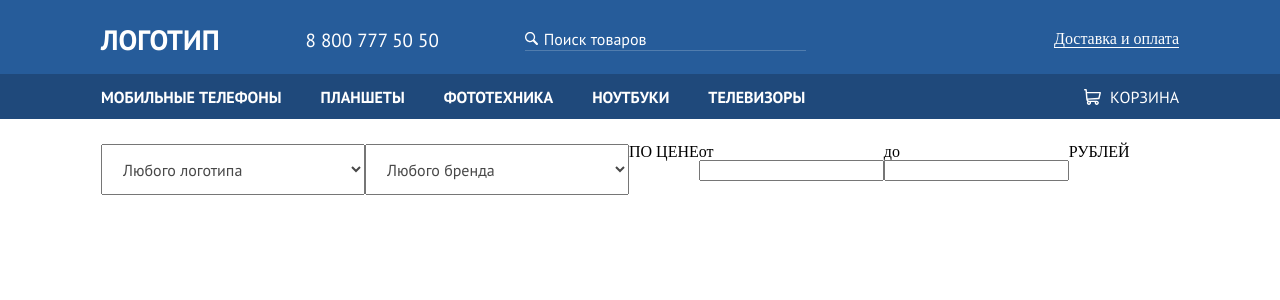
Repository: sem1103/WEBCompany
Page: index.html
The author's editor kept a copy of each file at every save. The page is drawn from the files as they stood at one save, then again after the next save.
The browser window is 1280 px wide. The pictures show the whole page.

Above is the page before, as saved 2024-01-11 19:34:12.

### index.html
<!DOCTYPE html>
<html lang="en">

<head>
    <meta charset="UTF-8">
    <meta name="viewport" content="width=device-width, initial-scale=1.0">
    <title>Интернет магазин</title>

    <link rel="preconnect" href="https://fonts.googleapis.com">
    <link rel="preconnect" href="https://fonts.gstatic.com" crossorigin>
    <link href="https://fonts.googleapis.com/css2?family=PT+Sans:wght@400;700&display=swap" rel="stylesheet">

    <link rel="stylesheet" href="styles/reset.css">
    <link rel="stylesheet" href="styles/main.css">
</head>

<body>
    <div id="page">
        <header>
            <div class="container">
                <div class="header__logo">
                    <span>ЛОГОТИП</span>
                </div>
                <p class="phone__number"><a href="tel:+78007775050">8 800 777 50 50</a></p>
                <div class="search__items">
                    <button>
                        <svg xmlns="http://www.w3.org/2000/svg" width="13" height="13" viewBox="0 0 13 13" fill="none">
                            <path
                                d="M8.68135 1.48741C6.69814 -0.495804 3.4703 -0.495804 1.48709 1.48741C-0.495696 3.47106 -0.495696 6.69846 1.48709 8.6821C3.2532 10.4478 6.00382 10.6369 7.98574 9.25819C8.02744 9.45553 8.12289 9.64383 8.27637 9.79731L11.1646 12.6855C11.5855 13.1055 12.2656 13.1055 12.6843 12.6855C13.1048 12.265 13.1048 11.5849 12.6843 11.1657L9.79613 8.27669C9.64351 8.1245 9.45477 8.02863 9.25744 7.98692C10.6371 6.00457 10.4479 3.25438 8.68135 1.48741ZM7.76949 7.77024C6.28885 9.25089 3.87916 9.25089 2.39895 7.77024C0.919166 6.2896 0.919166 3.88034 2.39895 2.3997C3.87916 0.919489 6.28885 0.919489 7.76949 2.3997C9.25013 3.88034 9.25013 6.2896 7.76949 7.77024Z"
                                fill="white" />
                        </svg>
                    </button>
                        <input type="text" name="itemName" placeholder="Поиск товаров">

                </div>
                <p class="delivery"><a href="">Доставка и оплата</a></p>
                <a href="" class="mobile__cart">
                    <svg xmlns="http://www.w3.org/2000/svg" width="21" height="20" viewBox="0 0 21 20" fill="none">
                        <path d="M20.1372 3.64139H3.71775L3.47368 0.816059C3.43376 0.354025 3.0611 0 2.61469 0H0.862433C0.386124 0 0 0.401223 0 0.896159C0 1.39109 0.386124 1.79232 0.862433 1.79232H1.82622C2.35292 7.8897 0.991675 -7.86977 2.81815 13.2755C2.88854 14.1031 3.31889 15.0012 4.06025 15.6114C2.72361 17.3851 3.94489 20 6.11917 20C7.92379 20 9.19662 18.1298 8.57776 16.3584H13.298C12.6799 18.1275 13.95 20 15.7566 20C17.1983 20 18.3713 18.7812 18.3713 17.2831C18.3713 15.7849 17.1983 14.5661 15.7566 14.5661H6.125C5.46988 14.5661 4.89899 14.1554 4.65258 13.557L18.4354 12.7153C18.8117 12.6924 19.13 12.4181 19.2215 12.0381L20.9739 4.75489C21.1097 4.19014 20.6983 3.64139 20.1372 3.64139ZM6.11917 18.2077C5.62857 18.2077 5.22939 17.7929 5.22939 17.2831C5.22939 16.7732 5.62857 16.3584 6.11917 16.3584C6.60981 16.3584 7.009 16.7732 7.009 17.2831C7.009 17.7929 6.60981 18.2077 6.11917 18.2077ZM15.7565 18.2077C15.2659 18.2077 14.8667 17.7929 14.8667 17.2831C14.8667 16.7732 15.2659 16.3584 15.7565 16.3584C16.2472 16.3584 16.6464 16.7732 16.6464 17.2831C16.6464 17.7929 16.2472 18.2077 15.7565 18.2077ZM17.7018 10.9648L4.42042 11.7758L3.87257 5.43367H19.0326L17.7018 10.9648Z" fill="white"/>
                      </svg>
                </a>
            </div>

            <nav>
                <ul class="container">
                    <li><a href="">МОБИЛЬНЫЕ ТЕЛЕФОНЫ</a></li>
                    <li><a href="">ПЛАНШЕТЫ</a></li>
                    <li><a href="">ФОТОТЕХНИКА</a></li>
                    <li><a href="">НОУТБУКИ</a></li>
                    <li><a href="">ТЕЛЕВИЗОРЫ</a></li>

                    <li class="desc__cart"><a href="">
                       <svg xmlns="http://www.w3.org/2000/svg" width="17" height="16" viewBox="0 0 17 16" fill="none">
                            <path d="M16.3015 2.91311H3.0096L2.81202 0.652847C2.77971 0.28322 2.47804 0 2.11666 0H0.69816C0.312576 0 0 0.320979 0 0.716927C0 1.11288 0.312576 1.43385 0.69816 1.43385H1.47837C1.90475 6.31176 0.802785 -6.29581 2.28136 10.6204C2.33834 11.2825 2.68672 12.0009 3.28687 12.4891C2.20482 13.9081 3.19349 16 4.95361 16C6.4145 16 7.44488 14.5038 6.9439 13.0868H10.765C10.2647 14.502 11.2928 16 12.7553 16C13.9224 16 14.872 15.0249 14.872 13.8264C14.872 12.628 13.9224 11.6529 12.7553 11.6529H4.95834C4.428 11.6529 3.96585 11.3243 3.76638 10.8456L14.9239 10.1723C15.2285 10.1539 15.4862 9.93446 15.5603 9.63048L16.9789 3.80391C17.0888 3.35211 16.7558 2.91311 16.3015 2.91311ZM4.95361 14.5661C4.55646 14.5661 4.23331 14.2343 4.23331 13.8264C4.23331 13.4186 4.55646 13.0868 4.95361 13.0868C5.3508 13.0868 5.67395 13.4186 5.67395 13.8264C5.67395 14.2343 5.3508 14.5661 4.95361 14.5661ZM12.7553 14.5661C12.3581 14.5661 12.035 14.2343 12.035 13.8264C12.035 13.4186 12.3581 13.0868 12.7553 13.0868C13.1525 13.0868 13.4756 13.4186 13.4756 13.8264C13.4756 14.2343 13.1525 14.5661 12.7553 14.5661ZM14.33 8.77181L3.57844 9.42062L3.13494 4.34693H15.4073L14.33 8.77181Z" fill="white"/>
                          </svg>
                        КОРЗИНА</a></li>
                </ul>
            </nav>
        </header>

        <main>
            <div class="filter-title container">
                <select name="" id="logo__filter">
                    <option value="Любого логотипа">Любого логотипа</option>
                    <option value="Компакт-камера">Компакт-камера</option>
                    <option value="Беззеркальная">Беззеркальная</option>
                    <option value="Зеркальная">Зеркальная</option>
                    <option value="Среднеформатная">Среднеформатная</option>
                </select>

                <select name="" id="brand__filter">
                    <option value="Любого бренда">Любого бренда</option>
                    <option value="Canon">Canon</option>
                    <option value="Nikon">Nikon</option>
                    <option value="Sony">Sony</option>
                    <option value="Fujifilm">Fujifilm</option>
                    <option value="Samsung">Samsung</option>
                    <option value="Olympus">Olympus</option>

                </select>

                <div class="price__filter">
                    <p>ПО ЦЕНЕ</p>

                    <div class="price__from">
                        <p>от</p>
                        <input type="number" name="fromPrice" >
                    </div>
                    <div class="price__to">
                        <p>до</p>
                        <input type="number" name="toPrice" >

                    </div>
                    <p>РУБЛЕЙ</p>
                </div>
            </div>
        </main>

    </div>
</body>

</html>

### styles/reset.css
:root{
    --blue: #265C9A;
    --darkBlue: #1F497B;
    --yellow: #FBFF3D;
    --fontPT: 'PT Sans'
 }
html{
    scroll-behavior: smooth;
}
html,
body,
div,
span,
applet,
object,
iframe,
h1,
h2,
h3,
h4,
h5,
h6,
p,
blockquote,
pre,
a,
abbr,
acronym,
address,
big,
cite,
code,
del,
dfn,
em,
img,
ins,
kbd,
q,
s,
samp,
small,
strike,
strong,
sub,
sup,
tt,
var,
b,
u,
i,
center,
dl,
dt,
dd,
ol,
ul,
li,
fieldset,
form,
label,
legend,
table,
caption,
tbody,
tfoot,
thead,
tr,
th,
td,
article,
aside,
canvas,
details,
embed,
figure,
figcaption,
footer,
header,
hgroup,
menu,
nav,
output,
ruby,
section,
summary,
time,
mark,
audio,
video {
    margin: 0;
    padding: 0;
    border: 0;
    font-size: 100%;
    font: inherit;
    vertical-align: baseline
}

article,
aside,
details,
figcaption,
figure,
footer,
header,
hgroup,
menu,
nav,
section {
    display: block
}

body {
    line-height: 1;
}

ol,
ul {
    list-style: none
}

blockquote,
q {
    quotes: none
}

blockquote:before,
blockquote:after,
q:before,
q:after {
    content: '';
    content: none
}

table {
    border-collapse: collapse;
    border-spacing: 0
}

a {
    text-decoration: none;
    color: inherit;
    transition: all .3s ease-in-out
}

a:hover {
    color: #365edc;
}

* {
    box-sizing: border-box
}

main img{
    width: 100%;
    height: auto;
}

### styles/main.css


.container{
    max-width: 1078px;
    margin: 0 auto;
}
header{
    background: var(--blue);
}
nav{
    background: var(--darkBlue);
}
header > div{
    display: flex;
    align-items: center;
    padding: 21px 0 16px 0;
}
header a:hover{
    color: var(--yellow);
}
.header__logo span{
    font:700 28px var(--fontPT);
    color: #fff;
}
.phone__number{
    margin: 0 86px;
    font: 19px var(--fontPT);
    color: #fff;
}
.search__items{
    border-bottom: 1px solid #517DAE;
    max-width: 281px;
    width: 100%;
}
.search__items button{
    background-color: transparent;
    border: 0;
    padding: 0;
    margin: 0;
    cursor: pointer;
}
.search__items input{
    font: 16px var(--fontPT);
    background-color: transparent;
    border: 0;
    outline: 0;
    color: #fff;
}
.search__items input::placeholder{
    color: #fff;
}
.delivery{
    margin: 0 0 0 auto;
    color: #fff;
    border-bottom: 1px solid #fff;
}


.mobile__cart{
    display: none;
}


nav ul{
    display: flex;
    color: #fff;
    padding: 13px 0 12px 0;
}
nav li{
    margin: 0 39px 0 0;
    font: 700 16px var(--fontPT);
}
.desc__cart{
    margin: 0 0 0 auto;
    font-weight: 400;
}
.desc__cart a{
    display: flex;
    align-items: center;
}
.desc__cart svg{
    margin: 0 9px 0 0 ;
}


/*Filter*/
.filter-title{
    padding: 25px 0 23px 0;
    display: flex;
}
.price__filter{
    display: flex;
}

.filter-title select{
    font: 16px var(--fontPT);
    color: #484848;
    cursor: pointer;
    max-width: 264px;
    width: 100%;
    padding: 14px 17px 13px 17px;
}
.filter-title select:last-child{
    margin: 0 24px 0 14px;
}

After the next save:
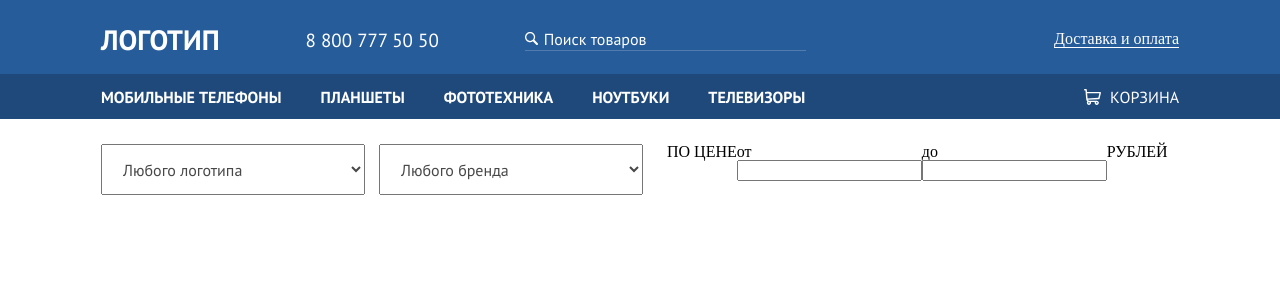
Saved 52 s later.
--- a/styles/main.css
+++ b/styles/main.css
@@ -100,6 +100,6 @@ nav li{
     width: 100%;
     padding: 14px 17px 13px 17px;
 }
-.filter-title select:last-child{
+#brand__filter{
     margin: 0 24px 0 14px;
 }
